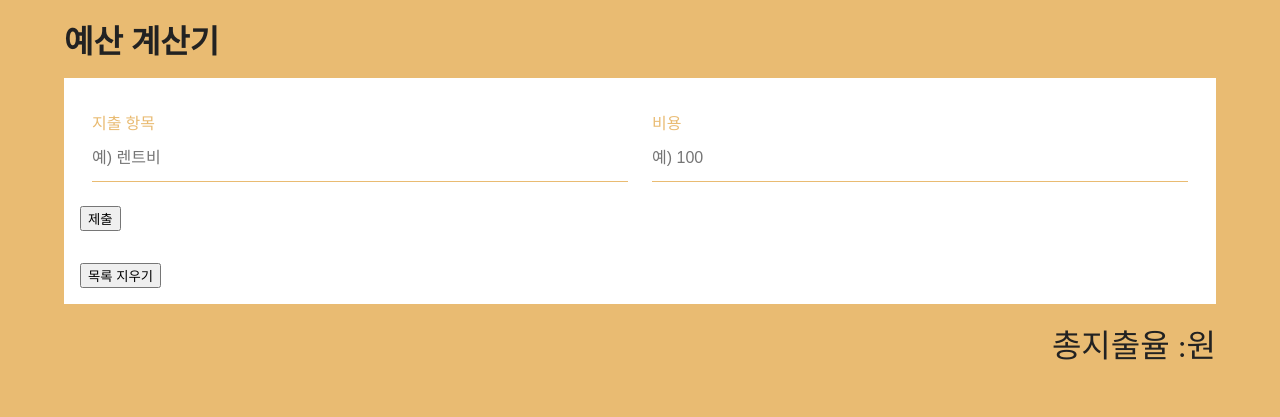
Repository: jongheonleee/budget_calculator
Page: /
The author's editor kept a copy of each file at every save. The page is drawn from the files as they stood at one save, then again after the next save.
The browser window is 1280 px wide. The pictures show the whole page.
The project was rebuilt for these pictures with package versions that can differ from the ones it lists, and the page was loaded fresh each time.

Above is the page before, as saved 2025-02-07 23:34:20.

### src/index.css
:root {
  --primaryColor : #90A959;
  --secondColor : #e9bb72;
  --mainWhite : #fff;
  --mainBlack : #222;
  --mainRed : #C45151;
  --mainGreen : #4CAF50;
}

* {
  margin: 0;
  box-sizing: border-box;
}

body {
  background: var(--secondColor);
  color: var(--mainBlack);
}

h1 {
  margin: 1rem 0;
}

### src/App.js
import { Component } from "react";
import "./App.css";
import ExpenseForm from "./components/ExpenseForm";
import ExpenseList from "./components/ExpenseList";

class App extends Component {

  render() {
    return (
      <main className="main-container">
        <h1>예산 계산기</h1>

        {/* 작성 영역 */}
        <div style={{ width:'100%', backgroundColor : 'white', padding: '1rem'}}>
          <ExpenseForm />
        </div>

        {/* 리스트 영역 */}
        <div style={{ width:'100%', backgroundColor : 'white', padding: '1rem'}}>
          <ExpenseList />
        </div>

        <div style={{ display : 'flex', justifyContent: 'end', marginTop: '1rem'}}>
          <p style={{ fontSize : '2rem'}}>
            총지출율 :
            <span>원</span>
          </p>
        </div>
      </main>
    )
  }
}

export default App;

### src/components/ExpenseForm.js
import React, { Component } from 'react'
import './ExpenseForm.css';

export class ExpenseForm extends Component {

    render() {
        return (
        <form>
            <div>
                <div className='form-center'>
                    <div className='form-group'>
                        <label htmlFor='charge'> 지출 항목 </label>
                        <input
                            type='text'
                            className='form-control'
                            id='charge'
                            name='charge'
                            placeholder='예) 렌트비'
                        />
                    </div>
                    <div className='form-group'>
                        <label htmlFor='amount'> 비용 </label>
                        <input
                            type='number'
                            className='form-control'
                            id='amount'
                            name='amount'
                            placeholder='예) 100'
                        />

                    </div>
                </div>
            </div>

            <button tpye='submit' className='btn'>
                제출
            </button>
        </form>
    )
  }
}

export default ExpenseForm

### src/components/ExpenseList.js
import React, { Component } from 'react'
import './ExpenseList.css'

export class ExpenseList extends Component {
  render() {
    return (
      <>
        <ul className='list'>
            {/* Expense Item */}
        </ul>
        <button className='btn'>
            목록 지우기
        </button>
      </>
    )
  }
}

export default ExpenseList

### src/components/ExpenseForm.css
.form-center {
    display: flex;
}

.form-group {
    padding : 1rem 0.75rem;
    flex : 1;
}

label {
    display: block;
    color : var(--secondColor);
    font-size : 1rem;
    text-transform: capitalize;
}

.form-control {
    background-color: transparent;
    border: none;
    border-bottom: 1px solid var(--secondColor);
    outline: none;
    height: 3rem;
    width: 100%;
    font-size : 16px;
    margin: 0 0 8px 0;
    padding : 0;
}

### src/components/ExpenseList.css
.list {
    list-style-type: none;
    border : none;
    padding: 0;
}

### src/components/ExpenseItem.js
import React, { Component } from 'react'

export class ExpenseItem extends Component {
  render() {
    return (
      <div>ExpenseItem</div>
    )
  }
}

export default ExpenseItem

Loaded but not shown: public/index.html (common file); src/index.js (common file); src/reportWebVitals.js (common file); src/App.css (common file)

After the next save:
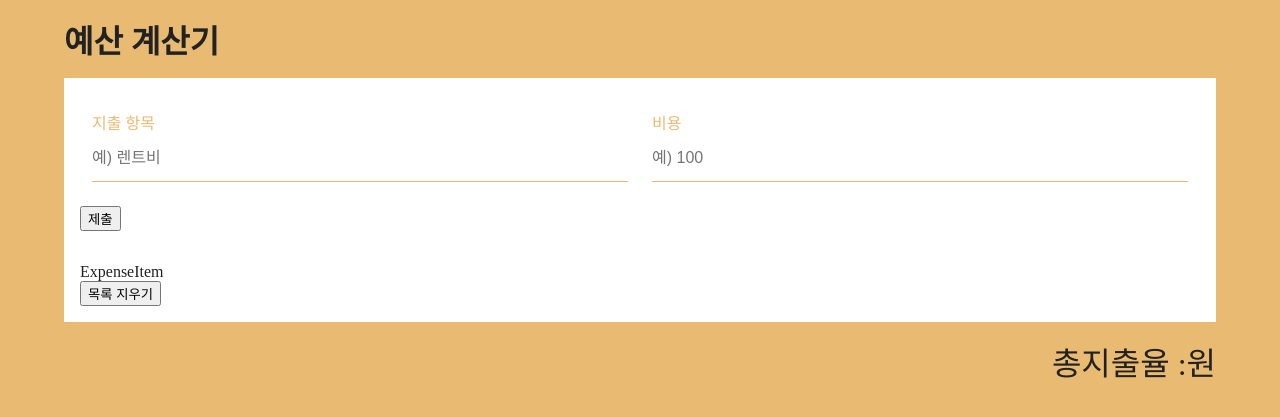
Saved 13 h 4 min later.
--- a/src/components/ExpenseList.js
+++ b/src/components/ExpenseList.js
@@ -1,5 +1,6 @@
 import React, { Component } from 'react'
 import './ExpenseList.css'
+import ExpenseItem from './ExpenseItem'
 
 export class ExpenseList extends Component {
   render() {
@@ -7,6 +8,7 @@ export class ExpenseList extends Component {
       <>
         <ul className='list'>
             {/* Expense Item */}
+            <ExpenseItem />
         </ul>
         <button className='btn'>
             목록 지우기
